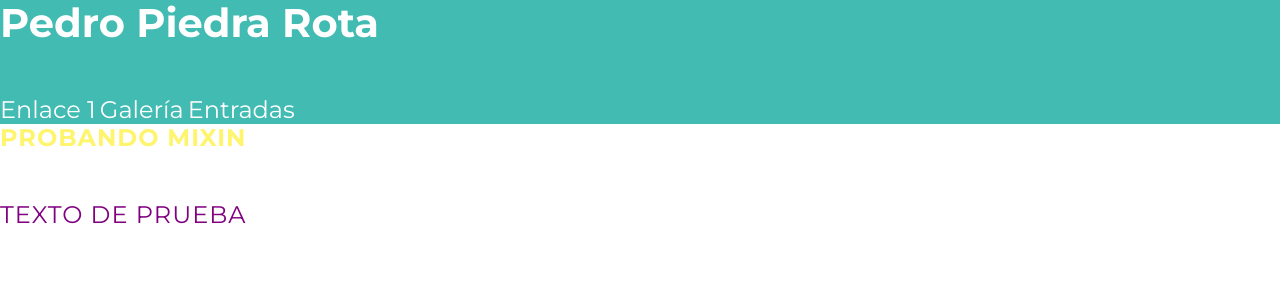
Repository: araque1990/PedroPiedraRota
Page: index.html
An editor plug-in stored every save of this project. The page is shown before and after the next save, followed by the edit.
The browser window is 1280 px wide. The pictures show the whole page.
The style sheet was rebuilt from its Sass, Less or Tailwind sources for each picture, by a compiler version that may differ from the author's.

Above is the page before, as saved 2023-03-13 17:36:44.

### index.html
<!DOCTYPE html>
<html lang="es">
 <head>
  <meta charset="UTF-8" />
  <meta http-equiv="X-UA-Compatible" content="IE=edge" />
  <meta name="viewport" content="width=device-width, initial-scale=1.0" />
  <title>Pedro "Piedra Rota"</title>
  <meta
   name="description"
   content="Rock Zaragoza, Pedro Piedra Rota, Sitio Web Oficial"
  />
  <meta
   name="keywords"
   content="Rock Zaragoza, pagina oficial de Pedro Civera Sanchez, Pedro Piedra Rota"
  />
  <link rel="preconnect" href="https://fonts.googleapis.com" />
  <link rel="preconnect" href="https://fonts.gstatic.com" crossorigin />
  <link
   href="https://fonts.googleapis.com/css2?family=Montserrat:wght@300;400;700;900&display=swap"
   rel="stylesheet"
  />
  <link rel="shortcut icon" href="img/icono/Guitarra.svg" type="image/svg" />
  <link rel="stylesheet" href="build/css/app.css" />
 </head>

 <body>
  <header class="header">
   <div class="contendor contenido-header">
    <h1>Pedro Piedra Rota</h1>
    <nav class="navegacion-principal">
     <a href="#">Enlace 1</a>
     <a href="#">Galería</a>
     <a href="#">Entradas</a>
    </nav>
   </div>
  </header>
  <h1 class="prueba">Probando Mixin</h1>
  <p class="texto">Texto de Prueba</p>
 </body>
</html>

### src/scss/app.scss
@use 'base';
@use 'layout';

### src/scss/base/_variables.scss
// Tipografia
$fuente_principal: 'Montserrat', sans-serif;

// Colores
$verde: #42bbb3;
$rosa: #f53756;
$amarillo: #fef46d;
$morado: #752f97;
$negro: #000;
$blanco: #fff;

### src/scss/base/_mixins.scss
@use 'variables' as v;

@mixin heading($color: purple, $border-radius: false) {
  text-transform: uppercase;
  font-size: 2.4rem;
  color: $color;
  letter-spacing: 1px;

  @if $border-radius {
    border-radius: 1rem;
  }
}

### src/scss/base/_globales.scss
@use 'variables' as v;

html {
  font-size: 62.5%;
  box-sizing: border-box;
}

*, *:before, *:after {
  box-sizing: inherit;
}
body {
  font-family: v.$fuente_principal;
  font-size: 1.6rem;
}

p {
  font-size: 2rem;
  color: v.$negro;
}

.contenedor {
  width: 95%;
  max-width: 120rem;
  margin: 0 auto;
}

a{
  text-decoration: none;
}

h1, h2, h3 {
  margin: 0 0 5rem 0;
}

h1 {
  font-size: 4rem;
}

h2 {
  font-size: 3.6rem;
}

h3 {
  font-size: 3rem;
}

### src/scss/layout/_header.scss
@use '../base/variables' as v;
@use '../base/mixins' as m;

.header {
  background-color: v.$verde;

  h1 {
    color: v.$blanco;
  }
}

.navegacion-principal {
  a {
    color: v.$blanco;
    font-size: 2.4rem;

    &:hover {
      color: v.$amarillo;
    }
  }
}

.prueba {
  @include m.heading(v.$amarillo, true);
}

.texto {
  @include m.heading;
}

Loaded but not shown: src/scss/base/_index.scss (common file); src/scss/base/_normalize.scss (common file); src/scss/layout/_index.scss (common file)

After the next save:
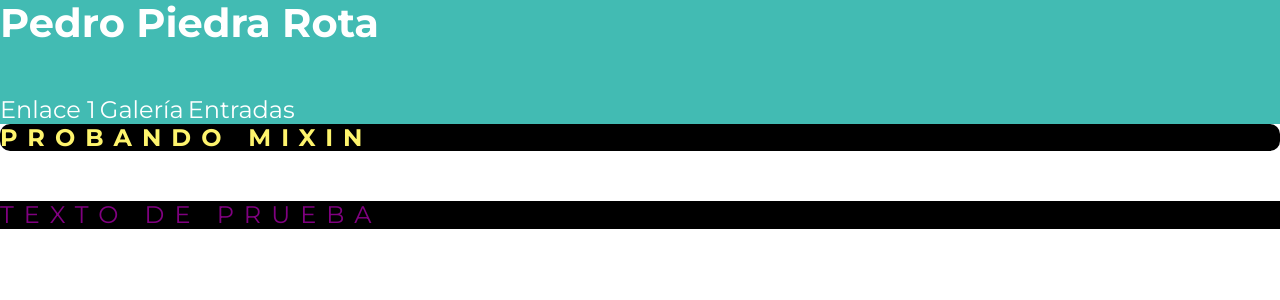
Saved 41 s later.
--- a/src/scss/base/_mixins.scss
+++ b/src/scss/base/_mixins.scss
@@ -4,7 +4,8 @@
   text-transform: uppercase;
   font-size: 2.4rem;
   color: $color;
-  letter-spacing: 1px;
+  letter-spacing: 10px;
+  background-color: black;
 
   @if $border-radius {
     border-radius: 1rem;
